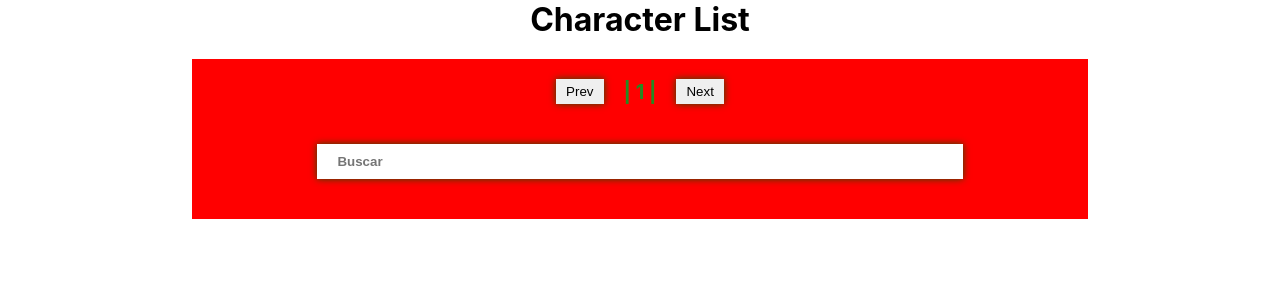
Repository: DanielVegaf/rick-and-morty-api
Page: /
These files come from the project's save history. The page is drawn as it stood at one moment and after the next save; the edit follows.
The browser window is 1280 px wide. The pictures show the whole page.
The page's requests for data from a server got no answer. The project was rebuilt for these pictures with package versions that can differ from the ones it lists, and the page was loaded fresh each time. No one was signed in, and anything a server would have sent is missing. Also part of the build but not shown: vite.config.js, src/components/characterDetails/CharacterDetails.jsx.

Above is the page before, as saved 2022-07-11 12:00:10.

After the next save:
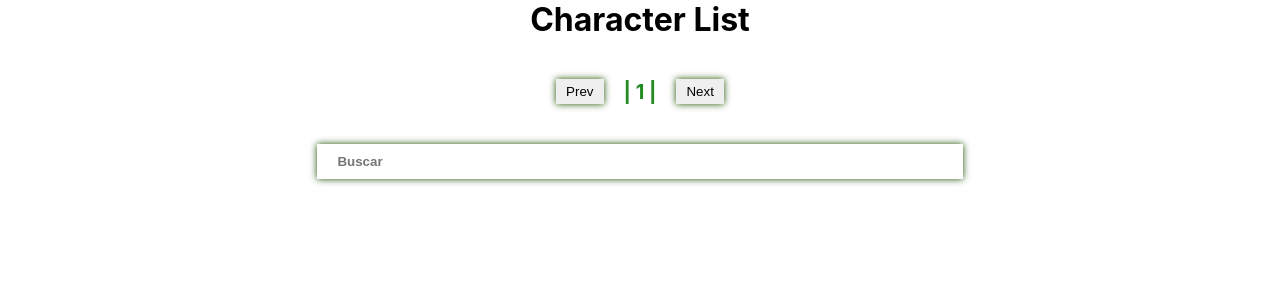
Saved 8 s later.
--- a/src/App.css
+++ b/src/App.css
@@ -15,7 +15,7 @@
 .container{
   width: 70%;
   margin: 20px;
-  background-color: red;
+  /* background-color: red; */
 }
 
 .buttons{
